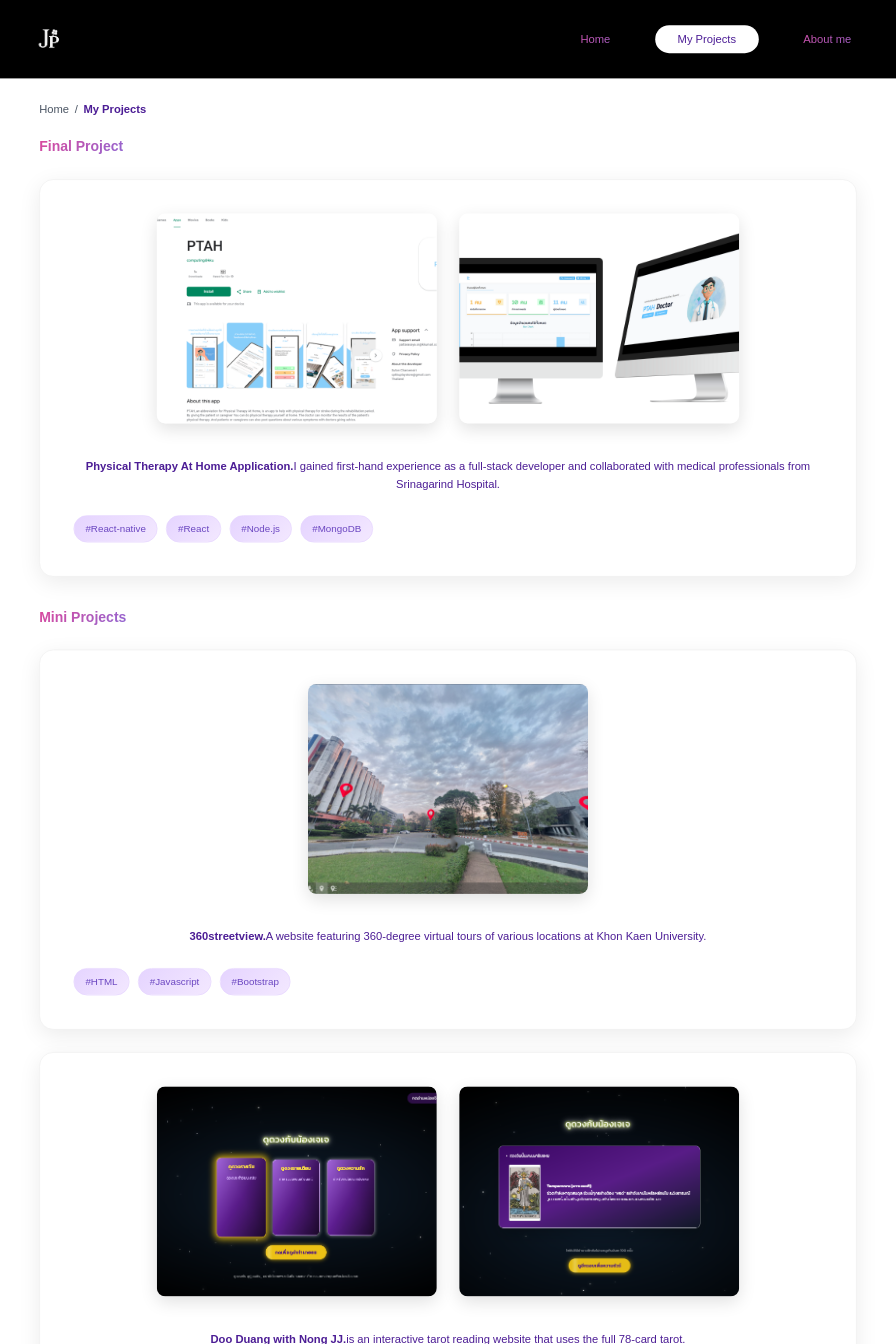
Repository: PattarasayaJJ/Portfolio-jjpatts
Page: /works
These files come from the project's save history. The page is drawn as it stood at one moment and after the next save; the edit follows.
The browser window is 1280 px wide. The pictures show the part of the page from y = 0 to 1920 px (the page is 4678 px tall), at 70% of full size.
The project was rebuilt for these pictures with package versions that can differ from the ones it lists, and the page was loaded fresh each time. Also part of the build but not shown: vite.config.js, vite.config.ts, src/header.css, src/hero.css, src/components/Hero.jsx, src/components/Aboutme.jsx.

Above is the page before, as saved 2025-08-03 22:29:33.

After the next save:
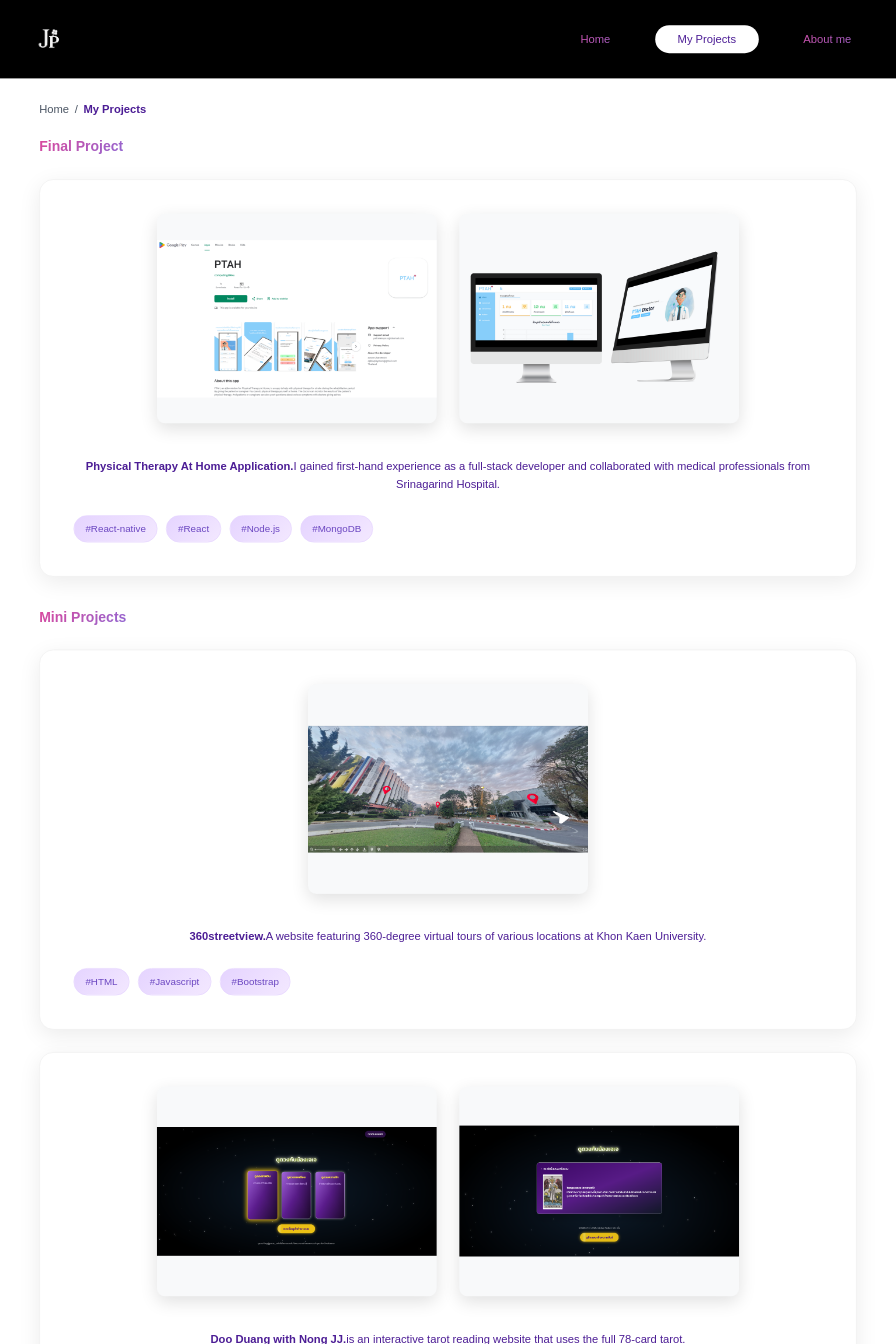
Saved 61 s later.
--- a/src/work.css
+++ b/src/work.css
@@ -77,10 +77,11 @@
 .project-image {
   width: 400px;
   height: 300px;
-  object-fit: cover;
+  object-fit: contain;
   border-radius: 12px;
   box-shadow: 0 8px 24px rgba(0, 0, 0, 0.12);
   transition: transform 0.3s ease, box-shadow 0.3s ease;
+  background-color: #f8f9fa;
 }
 
 .project-image:hover {
